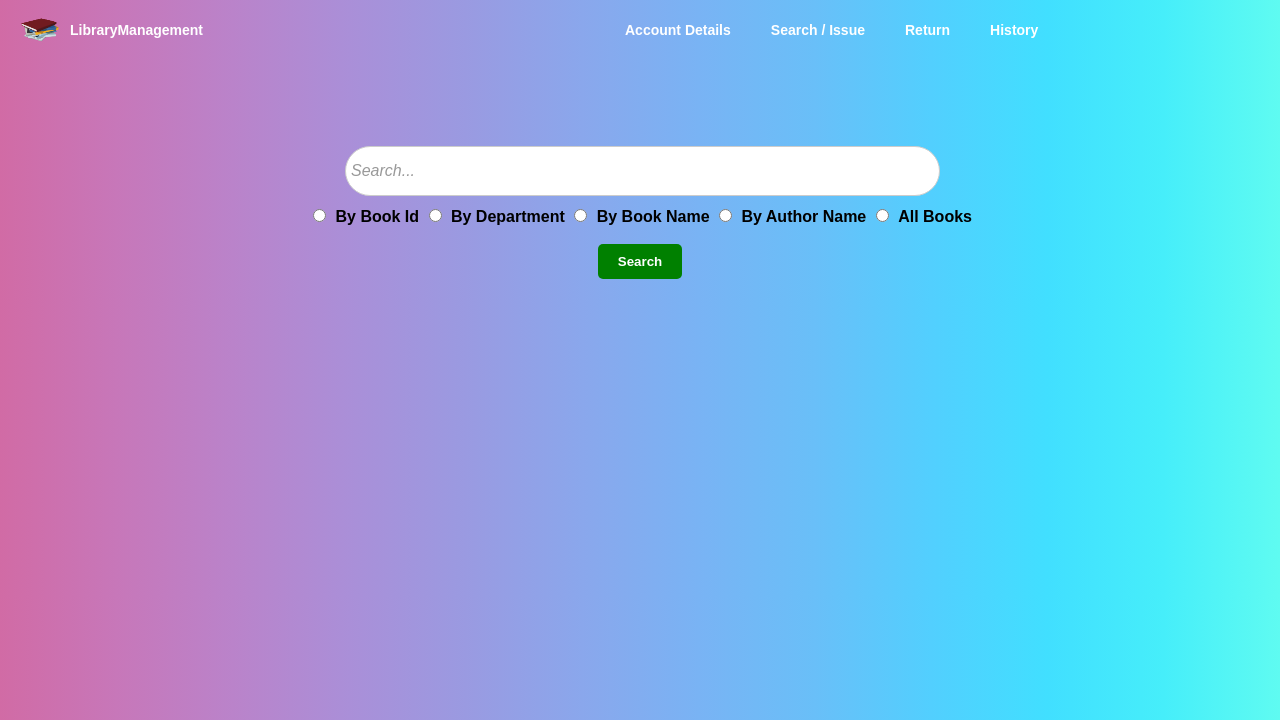
Repository: amitSai12/CMS
Page: http://localhost/LibraryManagementDemo/Search.jsp
The author's editor kept a copy of each file at every save. The page is drawn from the files as they stood at one save, then again after the next save.
The browser window is 1280 px wide. The pictures show the whole page.
The page is served by Tomcat 9.

Above is the page before, as saved 2023-10-01 22:08:47.

After the next save:
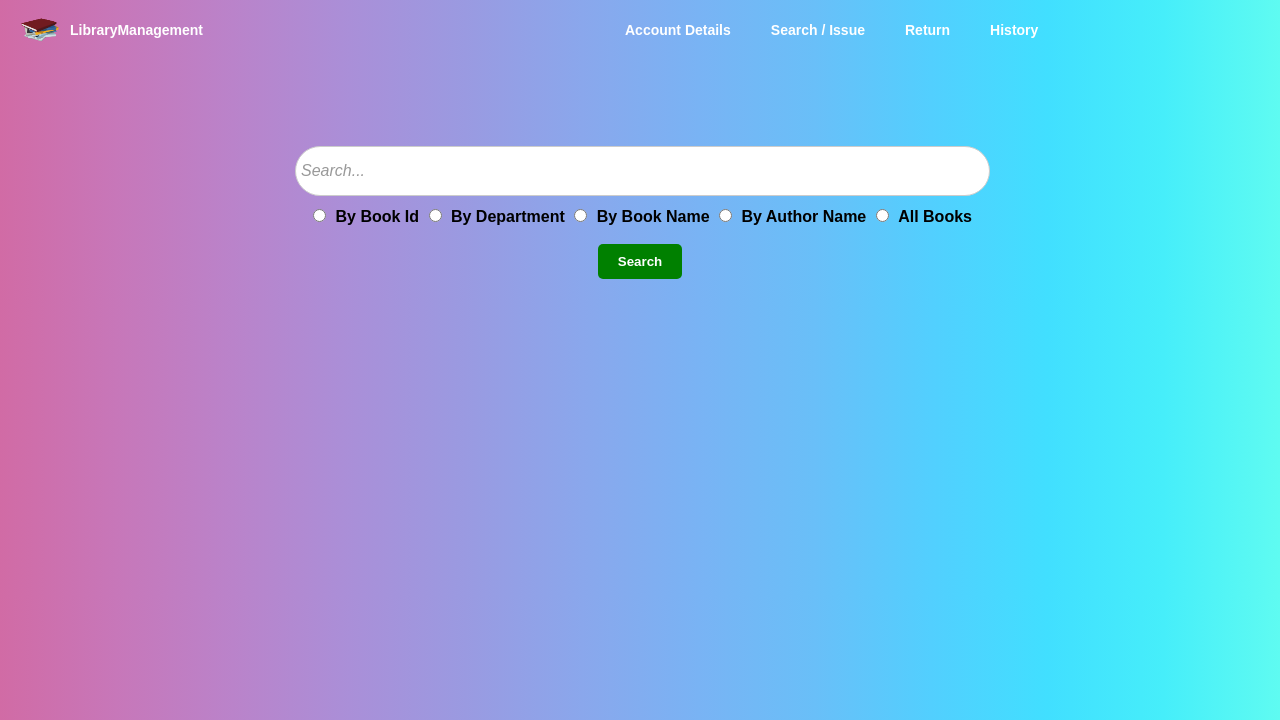
Saved 7 s later.
--- a/Day1_Thu/LibraryManagementDemo/src/main/webapp/AllBooks.css
+++ b/Day1_Thu/LibraryManagementDemo/src/main/webapp/AllBooks.css
@@ -72,7 +72,7 @@ label {
 
 .search-container {
   position: relative;
-  width: 600px; /* Adjust the width as needed */
+  width: 700px; /* Adjust the width as needed */
 }
 
 .input-icon {
